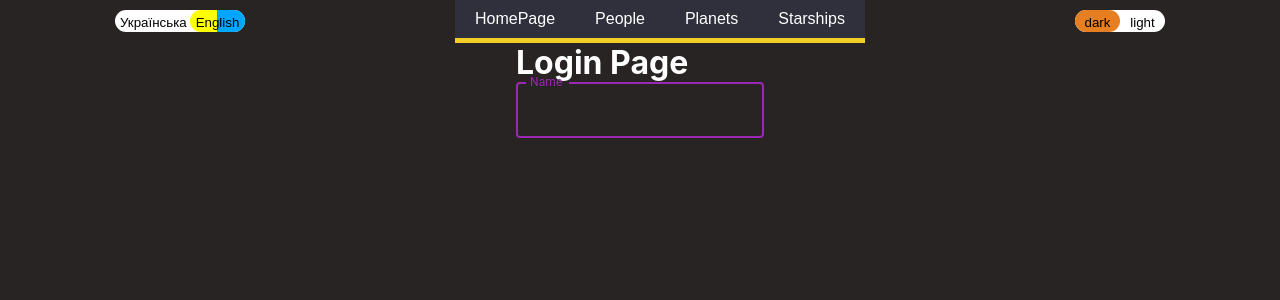
Repository: Novoselets28/star-wars-hooks
Page: /
The author's editor kept a copy of each file at every save. The page is drawn from the files as they stood at one save, then again after the next save.
The browser window is 1280 px wide. The pictures show the whole page.
The project was rebuilt for these pictures with package versions that can differ from the ones it lists, and the page was loaded fresh each time. Also part of the build but not shown: src/components/HomePage.jsx, src/components/People/CurrentPeople.jsx, src/components/People/PeopleList.jsx, src/components/People/People.jsx, src/components/Planets/CurrentPlanet.jsx, src/components/Planets/PlanetsList.jsx, src/components/Planets/Planets.jsx, src/components/Starships/CurrentStarship.jsx and 4 more.

Above is the page before, as saved 2023-03-27 21:52:31.

### src/index.js
import React from 'react';
import ReactDOM from 'react-dom/client';
import './index.css';
import App from './App';
import reportWebVitals from './reportWebVitals';
import { BrowserRouter } from 'react-router-dom';



const root = ReactDOM.createRoot(document.getElementById('root'));
root.render(
  <React.StrictMode>
    <BrowserRouter>
      <App />
    </BrowserRouter>
  </React.StrictMode>
);

// If you want to start measuring performance in your app, pass a function
// to log results (for example: reportWebVitals(console.log))
// or send to an analytics endpoint. Learn more: https://bit.ly/CRA-vitals
reportWebVitals();

### src/App.js
import React, { createContext, useState } from 'react';
import { Route, Routes } from 'react-router-dom';
import './App.css'
import Header from './components/Header';
import HomePage from './components/HomePage';
import People from './components/People/People';
import Planets from './components/Planets/Planets';
import Starships from './components/Starships/Starships';
import LoginPage from './components/LoginPage';
import RequireAuth from './hoc/RequireAuth';
import AuthProvider from './hoc/AuthProvider'
import Layout from './components/Layout';
import ErrorPage from './components/ErrorPage';



export const ThemeContext = createContext();
export const LanguageContext = createContext(null)

function App() {

  const [theme, setTheme] = useState("dark");

  const [language, setLanguage] = useState("eng")


  return (
          <div className={`container-${theme}`}>
            <LanguageContext.Provider value={{language, setLanguage}}>
              <ThemeContext.Provider value={{theme,setTheme}}>
                <AuthProvider>
                  <Header/>
                  <Routes>
                  <Route path="login" element={<LoginPage/>}/>
                      <Route path='*' element={<ErrorPage/>} />
                      <Route path='/' element={
                        <RequireAuth>
                          <Layout />
                        </RequireAuth>
                      }/>
                      <Route path="home" element={
                        <RequireAuth>
                          <HomePage />
                        </RequireAuth>
                      }/>
                      <Route path="people" element={
                        <RequireAuth>
                          <People />
                        </RequireAuth>
                      }/>
                      <Route path="planets" element={
                        <RequireAuth>
                          <Planets/>
                        </RequireAuth>
                      } />
                      <Route path="starships" element={
                        <RequireAuth>
                          <Starships/>
                        </RequireAuth>
                      } />
                  </Routes>
                </AuthProvider>
              </ThemeContext.Provider>
            </LanguageContext.Provider>
            </div>

  );
}

export default App;

### src/App.css
*{
  margin: 0;
  padding: 0;
}

.header{
  display: flex;
  justify-content: space-around;
  width: 100vw;
}

.navigate-block{
  display: flex;
}

header a{
  text-decoration: none;
  font-family: sans-serif;
  display: inline-block;
  color: #fff;
  padding: 10px 20px;
  background-color: rgb(48, 48, 61);
  border-bottom: 5px solid #f4ce28;
}

.container-dark {
  background-color: rgb(40, 36, 36);
  color: #fff;
  width: 100vw;
  height: 100vh;
  display: flex;
  flex-direction: column;
  align-items: center;
}

.container-light {
  background-color: rgb(171, 163, 163);
  color: #fff;
  width: 100vw;
  height: 100vh;
  display: flex;
  flex-direction: column;
  align-items: center;

}

.item-block{
  width: 240px;
  text-align: center;
}

.item-block button{
  cursor: pointer;
  border: none;
  border-radius: 25px;
  font-weight: 600;
  margin: 10px 10px;
  width: 50px;
  padding: 10px 0;
  box-shadow: 0 0 20px rgba(104, 85, 224, 0.2);
  transition: 0.4s;
  color: rgb(104, 85, 224);
  background-color: rgba(255, 255, 255, 1);
  border: 1px solid rgba(104, 85, 224, 1);
}

.item-block button:hover{
  color: white;
  box-shadow: 0 0 20px rgba(104, 85, 224, 0.6);
  background-color: rgba(104, 85, 224, 1);
}

.item-list{
  text-align: center;
}

.selected-item {
  background-color: rgb(56, 55, 55);
  margin: 15px;
  border: 3px solid rgb(103, 101, 101);
}

h2{
  color: rgb(8, 120, 8);
  cursor: pointer;
}

h2:hover{
  text-decoration: underline;
}

ul{
  background-color: rgb(56, 55, 55);
}

li{
  list-style: none;
  border: 1px solid rgb(103, 101, 101);
  cursor: pointer;
}

li:hover{
  box-shadow: 0 0 20px rgba(85, 85, 86, 0.6);
}

.button-box-theme{
  display: flex;
  width: 90px;
  height: 22px;
  margin: 10px 20px;
  position: relative;
  border-radius: 30px;
  background: #fff;
}

.button-box-lang{
  display: flex;
  width: 130px;
  height: 22px;
  margin: 10px 20px;
  position: relative;
  border-radius: 30px;
  background: #fff;
}

.btn-dark{
  padding: 5px;
  width: 45px;
  height: 22px;
  cursor: pointer;
  background: #e67e22;
  border: 0;
  border-radius: 30px;
  outline: none;
  transition: 0.2s;
  text-align: center;
}

.btn-light{
  padding: 5px;
  width: 45px;
  height: 22px;
  cursor: pointer;
  background: transparent;
  border: 0;
  outline: none;
  text-align: center;
}

.active{
  padding: 5px;
  width: 75px;
  height: 22px;
  cursor: pointer;
  background: linear-gradient(to right, yellow 50%, rgb(0, 166, 255) 50%);
  border: 0;
  border-radius: 30px;
  outline: none;
  transition: 0.2s;
  text-align: center;
}

.not-active{
  padding: 5px;
  width: 75px;
  height: 22px;
  cursor: pointer;
  background: transparent;
  border: 0;
  outline: none;
  text-align: center;
}

.home-page{
  text-align: center;
  padding: 20px 0;
}

.home-page button{
  cursor: pointer;
  border: 0;
  border-radius: 4px;
  font-weight: 600;
  margin: 10px 10px;
  width: 200px;
  padding: 10px 0;
  box-shadow: 0 0 20px rgba(104, 85, 224, 0.2);
  transition: 0.4s;
  color: rgb(104, 85, 224);
  background-color: rgba(255, 255, 255, 1);
  border: 1px solid rgba(104, 85, 224, 1);
}

.home-page button:hover{
    color: white;
    box-shadow: 0 0 20px rgba(104, 85, 224, 0.6);
    background-color: rgba(104, 85, 224, 1);
}

form button{
  cursor: pointer;
  border-radius: 5px;
  font-weight: 600;
  margin: 5px 10px;
  width: 50px;
  padding: 5px 0;
  box-shadow: 0 0 20px rgba(104, 85, 224, 0.2);
  transition: 0.4s;
  color: rgb(104, 85, 224);
  background-color: rgba(255, 255, 255, 1);
  border: 1px solid rgba(104, 85, 224, 1);
}

form button:hover{
  color: white;
  box-shadow: 0 0 20px rgba(104, 85, 224, 0.6);
  background-color: rgba(104, 85, 224, 1);
}

form input{
  cursor: pointer;
  outline: none;
}

#error-page {
  text-align: center;
}

### src/components/Header.jsx
import React, { useContext } from 'react';
import { Link } from 'react-router-dom';
import { LanguageContext, ThemeContext } from '../App';




function Header() {
  const {language , setLanguage} = useContext(LanguageContext)

  const {theme, setTheme} = useContext(ThemeContext);


  return (
    <header className='header'>
        <div className='button-box-lang'>
          <button className={language==="ukr" ? "active" : "not-active"} onClick={()=>setLanguage("ukr")}>Українська</button>
          <button className={language==="eng" ? "active" : "not-active"} onClick={()=>setLanguage("eng")}>English</button>
        </div>
        <div className='navigate-block'>
          <Link to='home'>HomePage</Link>
          <Link to='people'>People</Link>
          <Link to='planets'>Planets</Link>
          <Link to='starships'>Starships</Link>
        </div>
        <div className='button-box-theme'>
          <button className={theme==="dark" ? "btn-dark" : "btn-light"} onClick={()=>setTheme("dark")}>dark</button>
          <button className={theme==="light" ? "btn-dark" : "btn-light"} onClick={()=>setTheme("light")}>light</button>
        </div>
    </header>
  )
}

export default Header;

### src/components/LoginPage.jsx
import { TextField } from "@mui/material";
import { useContext } from "react";
import { useLocation, useNavigate } from "react-router-dom";
import { LanguageContext } from "../App";
import { useAuth } from "../hook/useAuth";

const LoginPage = () => {
  const navigate = useNavigate();
  const location = useLocation();

  const {language} = useContext(LanguageContext)

  const {signin} = useAuth();

  const fromPage = location.state?.from?.pathname || '/';

  const handleSubmit = (event) => {
    event.preventDefault();
    const form = event.target;
    const user = form.username.value;

    signin(user, ()=> navigate(fromPage, {replace: true}))
  }

  return (
    <div>
      <h1>{language === 'ukr' ? 'Сторінка входу' : 'Login Page'}</h1>
      {/* <form onSubmit={handleSubmit}>
        <label>
          {language === 'ukr' ? 'Імʼя' : 'Name'}: <input name="username"/>
        </label>
        <button type="submit">Login</button>
      </form> */}
      <TextField label={language === 'ukr' ? 'Імʼя' : 'Name'} color="secondary" focused >

      </TextField>
    </div>
  )
};

export default LoginPage;

### src/hoc/RequireAuth.jsx
import {useLocation, Navigate} from 'react-router-dom'
import { useAuth } from '../hook/useAuth';


const RequireAuth = ({children}) =>{
    const location = useLocation();
    const {user} = useAuth();

    if(!user){
        return <Navigate to='/login' state={{from:location}}/>
    }

    return children
}

export default RequireAuth;

### src/hoc/AuthProvider.jsx
import { createContext, useState } from "react";

export const AuthContext = createContext(null);

const AuthProvider = ({children}) => {

    const [user, setUser] = useState(null);

    const signin = (newUser, cb) =>{
        setUser(newUser);
        cb();
    }

    const signout = (cb) =>{
        setUser(null);
        cb();
    }

    const value = {user, signin, signout}


    return <AuthContext.Provider value={value}>
            {children}
        </AuthContext.Provider>
}

export default AuthProvider;

### src/hook/useAuth.jsx
import { useContext } from 'react'
import { AuthContext } from '../hoc/AuthProvider'

export function useAuth() {
  return useContext(AuthContext);
}

Loaded but not shown: public/index.html (common file); src/index.css (common file); src/reportWebVitals.js (common file)

After the next save:
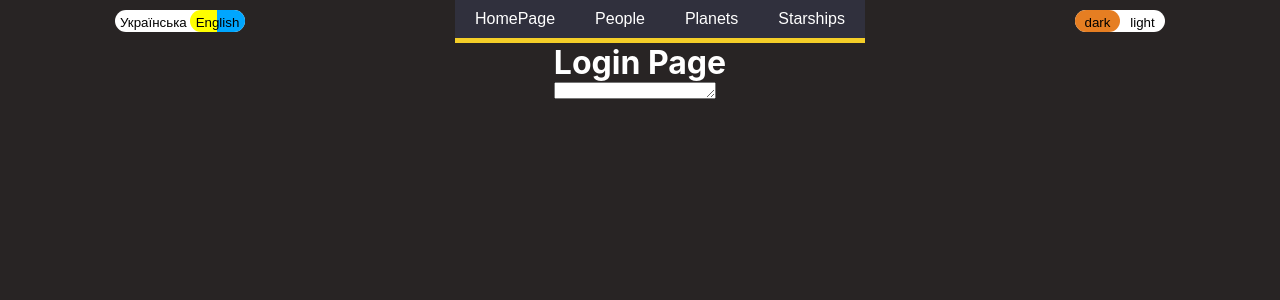
Saved 101 s later.
--- a/src/components/LoginPage.jsx
+++ b/src/components/LoginPage.jsx
@@ -1,4 +1,4 @@
-import { TextField } from "@mui/material";
+import { TextareaAutosize, TextField } from "@mui/material";
 import { useContext } from "react";
 import { useLocation, useNavigate } from "react-router-dom";
 import { LanguageContext } from "../App";
@@ -31,9 +31,9 @@
         </label>
         <button type="submit">Login</button>
       </form> */}
-      <TextField label={language === 'ukr' ? 'Імʼя' : 'Name'} color="secondary" focused >
+      < TextareaAutosize label={language === 'ukr' ? 'Імʼя' : 'Name'} color="secondary" focused >
 
-      </TextField>
+      </ TextareaAutosize>
     </div>
   )
 };

After the save that followed:
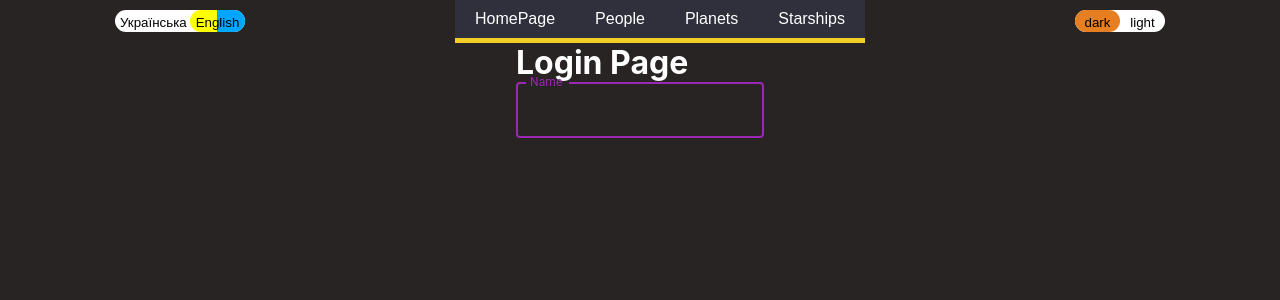
Saved 15 s later.
--- a/src/components/LoginPage.jsx
+++ b/src/components/LoginPage.jsx
@@ -1,4 +1,4 @@
-import { TextareaAutosize, TextField } from "@mui/material";
+import { TextField } from "@mui/material";
 import { useContext } from "react";
 import { useLocation, useNavigate } from "react-router-dom";
 import { LanguageContext } from "../App";
@@ -31,9 +31,9 @@
         </label>
         <button type="submit">Login</button>
       </form> */}
-      < TextareaAutosize label={language === 'ukr' ? 'Імʼя' : 'Name'} color="secondary" focused >
+      <TextField label={language === 'ukr' ? 'Імʼя' : 'Name'} color="secondary" focused >
 
-      </ TextareaAutosize>
+      </TextField>
     </div>
   )
 };
